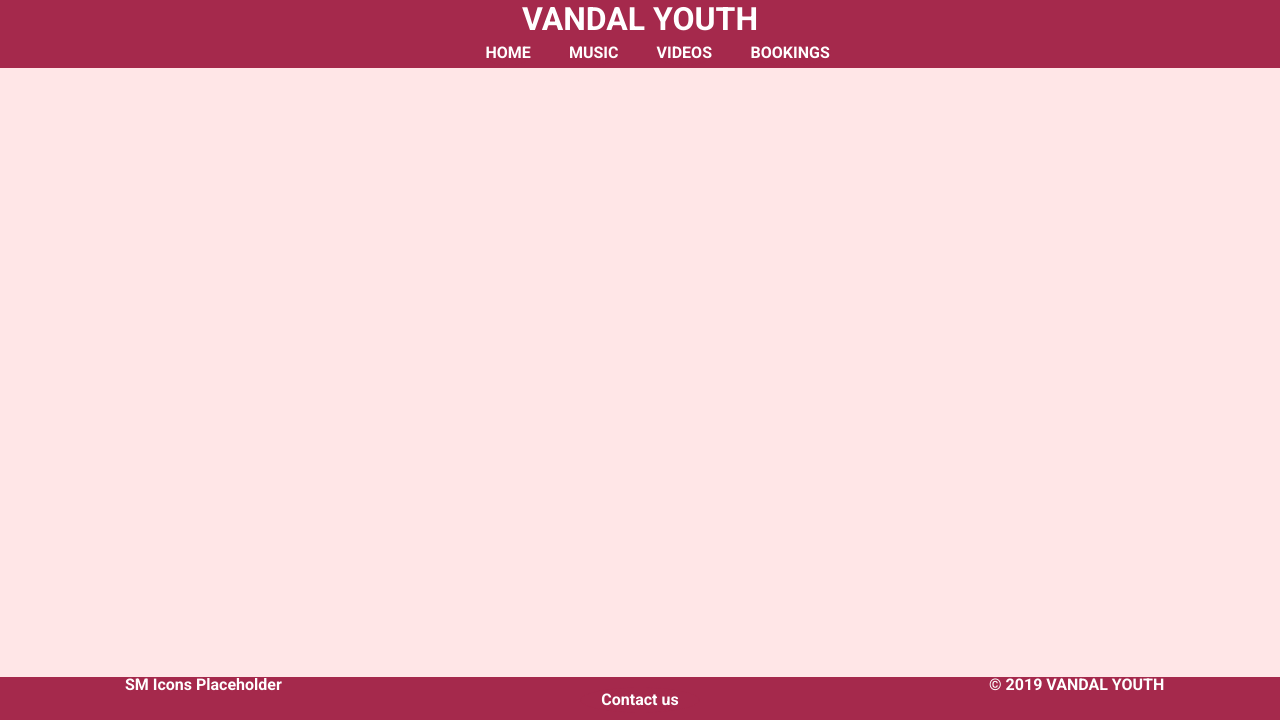
Repository: dof-bull/ci_milestone_project_1_Vandal_Youth
Page: index.html
The author's editor kept a record of every edit. The page is drawn from the files as they stood at one moment, then again after the next edit.
The browser window is 1280 px wide. The pictures show the whole page.

Above is the page before.

### index.html
<!DOCTYPE html>
<html lang="en">

<head>
    <meta charset="UTF-8">
    <meta name="viewport" content="width=device-width, initial-scale=1.0">
    <meta http-equiv="X-UA-Compatible" content="ie=edge">
    <link rel="stylesheet" href="https://stackpath.bootstrapcdn.com/bootstrap/4.3.1/css/bootstrap.min.css" integrity="sha384-ggOyR0iXCbMQv3Xipma34MD+dH/1fQ784/j6cY/iJTQUOhcWr7x9JvoRxT2MZw1T" crossorigin="anonymous">
    <link href="https://stackpath.bootstrapcdn.com/font-awesome/4.7.0/css/font-awesome.min.css" rel="stylesheet" integrity="sha384-wvfXpqpZZVQGK6TAh5PVlGOfQNHSoD2xbE+QkPxCAFlNEevoEH3Sl0sibVcOQVnN" crossorigin="anonymous">
    <link href="https://fonts.googleapis.com/css?family=Roboto:400,700&display=swap" rel="stylesheet">
    <link rel="stylesheet" href="assets/css/style.css" type="text/css" />
    <title>Vandal Youth | Official Site</title>
</head>

<body>
    <header>
        <h1 class="container-fluid band-name-top">VANDAL YOUTH</h1>
    </header>

    <!--********NAVBAR********-->
    <div class="container-fluid NavBar">
        <nav>
            <ul>
                <li><a class="btn btn-lg btn--cta btn--pink" href="index.html">HOME</a></li>
                <li><a class="btn btn-lg btn--cta btn--pink" href="music.html">MUSIC</a></li>
                <li><a class="btn btn-lg btn--cta btn--pink" href="videos.html">VIDEOS</a></li>
                <li><a class="btn btn-lg btn--cta btn--pink" href="bookings.html">BOOKINGS</a></li>
            </ul>
        </nav>
    </div>
    <!--********/NAVBAR********-->


    <section>

    </section>

    <!--********FOOTER********-->
    <footer>
        <div class="container-fluid footer">
            <div class="row">
                <div class="col footer-section">
                    SM Icons Placeholder
                </div>
                <div class="col footer-section">
                    <p><button class="btn btn-lg btn--cta btn--pink" data-toggle="modal" data-target="#signUpModal">Contact us</button></p>
                </div>
                <div class="col footer-section">
                    © 2019 VANDAL YOUTH
                </div>
            </div>
        </div>
    </footer>
    <!--********/FOOTER********-->

    <!--  Modal -->
    <div class="modal" tabindex="-1" role="dialog" id="signUpModal">
        <div class="modal-dialog" role="document">
            <div class="modal-content">
                <div class="modal-header">
                    <h5 class="modal-title">Get in touch for any questions, bookings or collaborations.</h5>


                    <button type="button" class="close" data-dismiss="modal" aria-label="Close">
          <span aria-hidden="true">&times;</span>
        </button>
                </div>
                <div class="modal-body">
                    <form>
                        <div class="form-group">
                            <label for="exampleInputname" class="col-form-label">Full Name:</label>
                            <input type="text" class="form-control" id="exampleInputname"placeholder="Enter Name">
                        </div>
                        <div class="form-group">
                            <label for="exampleInputEmail1">Email Address:</label>
                            <input type="email" class="form-control" id="exampleInputEmail1" aria-describedby="emailHelp" placeholder="Enter email">
                            <small id="emailHelp" class="form-text text-muted">We'll never share your email with anyone else.</small>
                        </div>
                        <div class="form-group">
                            <label for="exampleInputPhone">Phone Number:</label>
                            <input type="text" class="form-control" id="exampleInputPhone" name='Phone' placeholder="Enter Number" required>
                        </div>
                        <div class="form-group">
                            <label for="message-text" class="col-form-label">Message:</label>
                            <textarea class="form-control" id="message-text" placeholder="Type your message here..."></textarea>
                        </div>
                        <button type="submit" class="btn btn-success btn--pink">Submit</button>
                    </form>
                </div>
            </div>
        </div>
    </div>
    <!--  /Modal -->

    <script src="https://code.jquery.com/jquery-3.3.1.slim.min.js" integrity="sha384-q8i/X+965DzO0rT7abK41JStQIAqVgRVzpbzo5smXKp4YfRvH+8abtTE1Pi6jizo" crossorigin="anonymous"></script>
    <script src="https://cdnjs.cloudflare.com/ajax/libs/popper.js/1.14.7/umd/popper.min.js" integrity="sha384-UO2eT0CpHqdSJQ6hJty5KVphtPhzWj9WO1clHTMGa3JDZwrnQq4sF86dIHNDz0W1" crossorigin="anonymous"></script>
    <script src="https://stackpath.bootstrapcdn.com/bootstrap/4.3.1/js/bootstrap.min.js" integrity="sha384-JjSmVgyd0p3pXB1rRibZUAYoIIy6OrQ6VrjIEaFf/nJGzIxFDsf4x0xIM+B07jRM" crossorigin="anonymous"></script>


</body>

</html>

### assets/css/style.css
html {
    background-color: #FFE6E7;
}

body {
    font-family: 'Roboto', sans-serif;
    background-color: #fdfdfd;
}

.container-fluid {
    padding: 0;
}

/* Header */

.band-name-top {
    font-weight: bold;
    text-align: center;
    background-color: #a5294c;
    color: white;
    font-size: 200%;
    line-height: 120%;
    height: 6%;
    width: 100%;
    display: inline-block;
    margin-left: 2.5%;
    list-style: none;
    margin: 0;
    padding: 0;
}


/* Navbar */

nav {
    font-weight: bold;
}

nav ul {
    list-style: none;
    font-weight: bold;
    text-align: center;
    background-color: #a5294c;
    color: white;
    font-size: 100%;
    line-height: 100%;
    height: 100%;
    width: 100%;
    margin: 0;
    padding: 0;
}

nav li {
    font-size: 100%;
    line-height: 100%;
    height: 100%;
    display: inline-block;
    margin-left: 2.5%
}

nav a {
    text-decoration: none;
    color: #fff;
    display: block;
}

nav a:hover {
    background-color: #fff;
    color: #4a4a4f;
    list-style: none;
}



/* Footer */

.footer {
    font-weight: bold;
    position: fixed;
    width: 100%;
    left: 0;
    bottom: 0;
    background-color: #a5294c;
    color: white;
    text-align: center;
    font-size: 100%;
    line-height: 100%;
    height: 6%;
    display: inline-block;
    margin-left: 2.5%;
    list-style: none;
    margin: 0;
    padding: 0;
    vertical-align: middle;
}

.footer-section {
    position: relative;
}

/* Modal */

/* Buttons */

.btn--cta {
    font-weight: bold;
    border-radius: 80%;
    width: 100%;
}

.btn--pink {
    position: relative;
    color: white;
    background-color: #a5294c;
    border-color: #a5294c;
    font-size: 100%;
    height: 100%;
    width: 100%;
    max-width: 120px;
    display: inline-block;
    padding: 0;
    margin: 2.5%;
    vertical-align: middle;
}

.btn--pink:hover,
.btn--pink:active,
.btn--pink:focus,
.btn--pink:active:focus {
    background-color: white;
    color: #a5294c;
}

After the next edit:
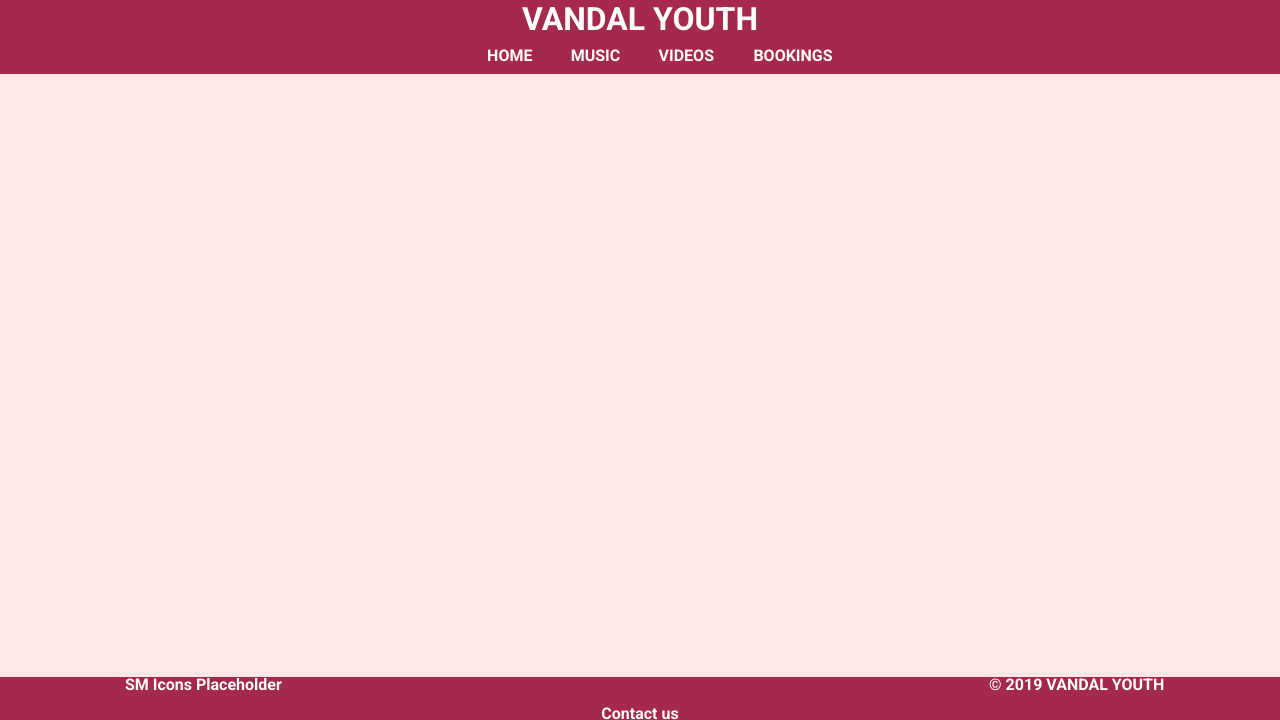
The edit:
--- a/assets/css/style.css
+++ b/assets/css/style.css
@@ -118,8 +118,8 @@
     width: 100%;
     max-width: 120px;
     display: inline-block;
-    padding: 0;
-    margin: 2.5%;
+    padding: 2%;
+    margin: 4%;
     vertical-align: middle;
 }
 
